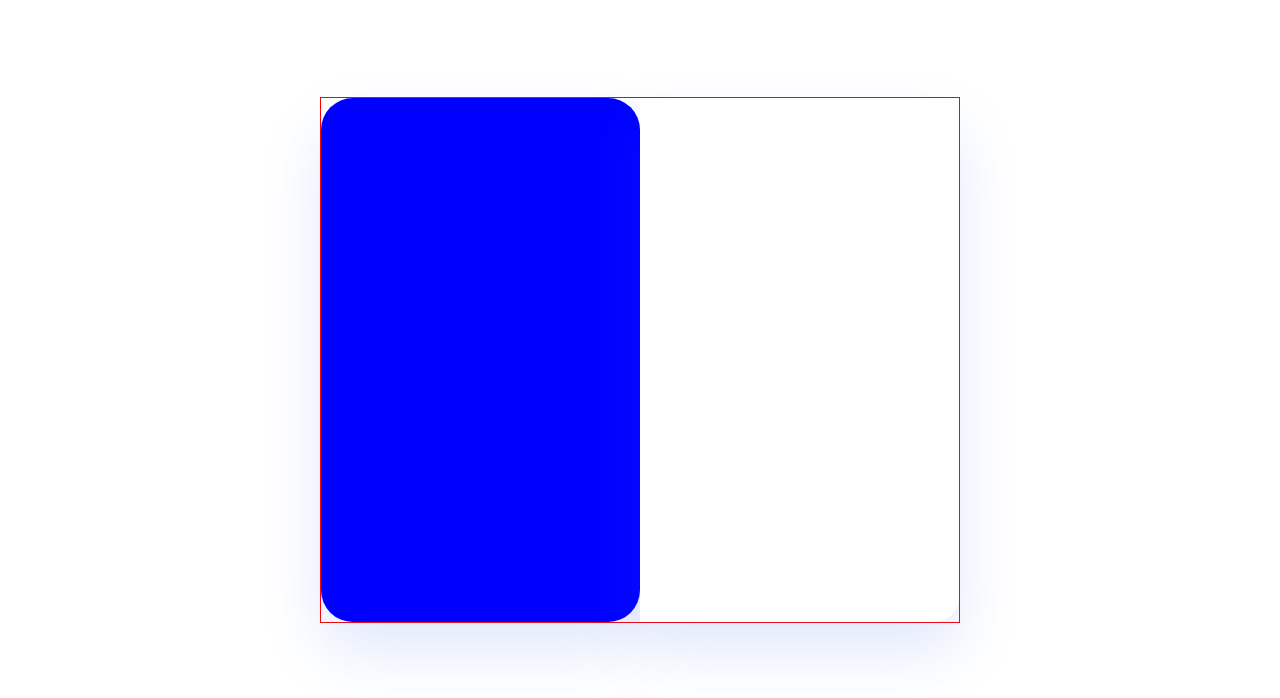
Repository: KamoliddinGIT/result-summary
Page: index.html
The author's editor kept a copy of each file at every save. The page is drawn from the files as they stood at one save, then again after the next save.
The browser window is 1280 px wide. The pictures show the whole page.

Above is the page before, as saved 2023-09-08 15:31:15.

### index.html
<!DOCTYPE html>
<html lang="en">
  <head>
    <meta charset="UTF-8" />
    <meta name="viewport" content="width=device-width, initial-scale=1.0" />
    <link
      rel="icon"
      type="image/png"
      sizes="32x32"
      href="./assets/images/favicon-32x32.png"
    />
    <link rel="stylesheet" href="css/style.css" />
    <title>Frontend Mentor | Results summary component</title>
  </head>
  <body>
    <div class="container">
      <div class="result-box"></div>
      <div class="summary-box"></div>
    </div>

    <script src="js/index.js"></script>
  </body>
</html>

### css/style.css
* {
  margin: 0;
  padding: 0;
  box-sizing: border-box;
}

body {
  width: 100%;
  height: 100vh;
  display: flex;
  justify-content: center;
  align-items: center;
}

.container {
  width: 50%;
  display: flex;
  justify-content: center;
  align-items: center;
  height: 73%;
  background-color: #fff;
  border: 1px solid red;
}

.result-box {
  width: 50%;
  height: 100%;
  border-radius: 32px;
  background-color: blue;
  box-shadow: 0px 30px 60px 0px rgba(61, 108, 236, 0.15);
}

.summary-box {
  width: 50%;
  height: 100%;
  border-radius: 0 25px 25px 0;
  background-color: #fff;
  box-shadow: 0px 30px 60px 0px rgba(61, 108, 236, 0.15);
}

Loaded but not shown: js/index.js (common file)

After the next save:
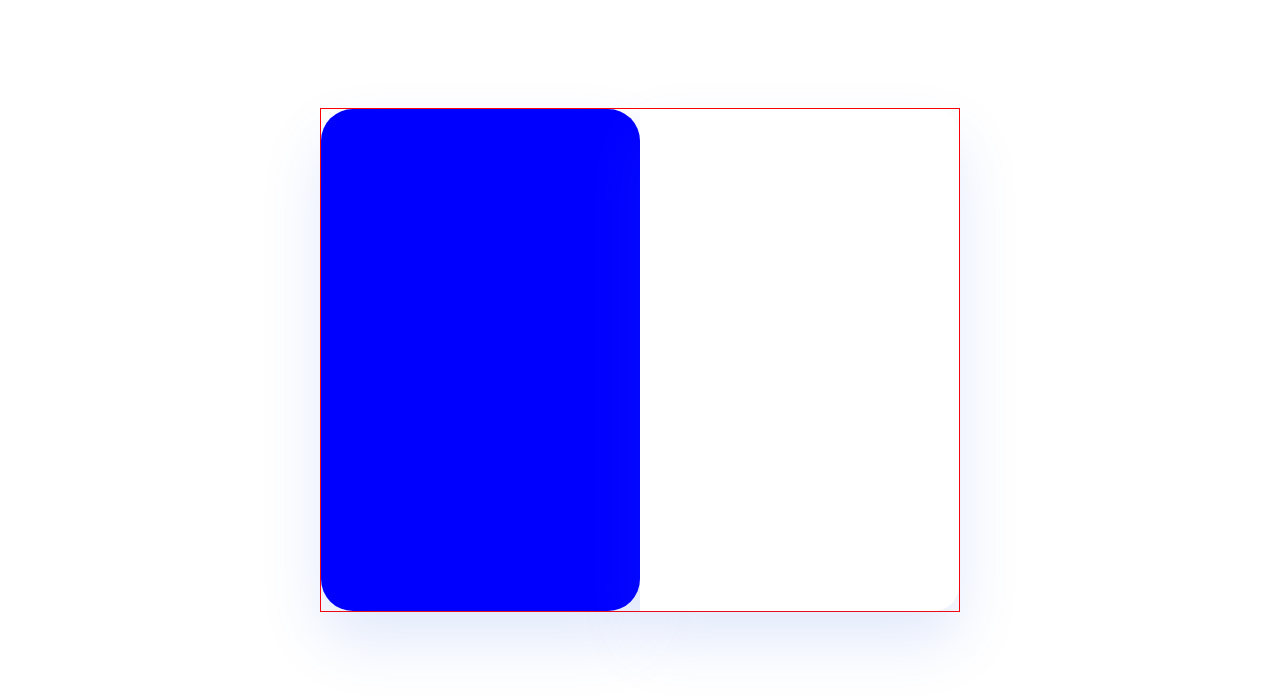
Saved 5 s later.
--- a/css/style.css
+++ b/css/style.css
@@ -17,7 +17,7 @@
   display: flex;
   justify-content: center;
   align-items: center;
-  height: 73%;
+  height: 70%;
   background-color: #fff;
   border: 1px solid red;
 }
